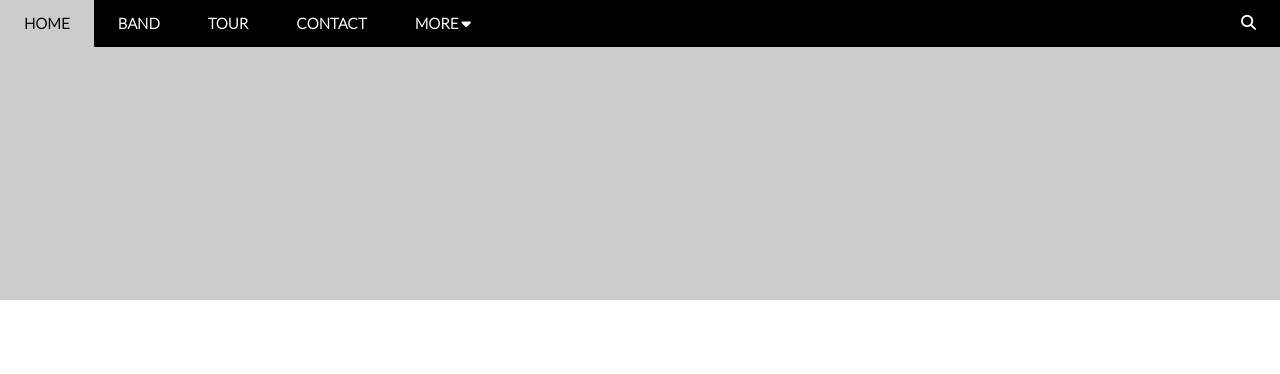
Repository: vanmanhAI/project-03-w3
Page: index.html
The author's editor kept a copy of each file at every save. The page is drawn from the files as they stood at one save, then again after the next save.
The browser window is 1280 px wide. The pictures show the whole page.
Some web libraries are served in a nearby version.

Above is the page before, as saved 2022-07-09 21:27:18.

### index.html
<html lang="en">
<head>
    <meta charset="UTF-8">
    <meta http-equiv="X-UA-Compatible" content="IE=edge">
    <meta name="viewport" content="width=device-width, initial-scale=1.0">
    <title>Document</title>
    <link rel="stylesheet" href="./assets/css/style.css">
    <!-- icons -->
    <link rel="stylesheet" href="https://cdnjs.cloudflare.com/ajax/libs/font-awesome/6.1.1/css/all.min.css" integrity="sha512-KfkfwYDsLkIlwQp6LFnl8zNdLGxu9YAA1QvwINks4PhcElQSvqcyVLLD9aMhXd13uQjoXtEKNosOWaZqXgel0g==" crossorigin="anonymous" referrerpolicy="no-referrer" />
    <!-- font -->
    <link rel="preconnect" href="https://fonts.googleapis.com">
<link rel="preconnect" href="https://fonts.gstatic.com" crossorigin>
<link href="https://fonts.googleapis.com/css2?family=Lato:wght@300&display=swap" rel="stylesheet">
</head>
<body>
    <div id="main">
        <div id="header">
            <ul id="nav">
                <li><a href="#">home</a></li>
                <li><a href="#">band</a></li>
                <li><a href="#">tour</a></li>
                <li><a href="#">contact</a></li>
                <li>
                    <a href="#">
                        more
                        <i class="fa-solid fa-caret-down subnav-caret"></i>
                    </a>
                    <ul class="subnav">
                        <li><a href="#">merchandise</a></li>
                        <li><a href="#">extras</a></li>
                        <li><a href="#">media</a></li>
                    </ul>
                </li>
            </ul>
            <i class="fa-solid fa-magnifying-glass header-search"></i>
        </div>

        <div id="slider"></div>

        <div id="content"></div>

        <div id="footer"></div>
    </div>
</body>
</html>

### assets/css/style.css
* {
    padding: 0;
    margin: 0;
    box-sizing: border-box;
}
html {
    font-size: 62.5%;
}
:root {
    --lineheight-nav: 2.25rem;
    --padding-nav: 1.2rem;
}
#main {

}
#header {
    position: fixed;
    top: 0;
    left: 0;
    right: 0;
    background: #000;
    font-size: 1.5rem;
    font-family: 'Lato', sans-serif;
    font-weight: bold;
    line-height: var(--lineheight-nav);
}
#header:after {
    content: "";
    display: block;
    clear: both;
}
#header .header-search {
    color: #fff;
    display: block;
    float: right;
    padding: var(--padding-nav) 2.4rem;
    line-height: var(--lineheight-nav);
    cursor: pointer;
}
#header .header-search:hover {
    background: #f44336
}
#header #nav>li {
    position: relative;
    text-align: center;
    cursor: pointer;
    float: left;
    padding: var(--padding-nav) 2.4rem;
}
#header #nav>li:last-child:hover .subnav {
    width: 16rem;
}
#header #nav li:hover {
    background: #ccc;
}
#header #nav>li:hover>a {
    color: #000;
}
#nav li {
    list-style-type: none;
    position: relative;
}
#nav li .subnav-caret {
    text-transform: none;
    text-align: center;
}
#nav li a {
    color: #fff;
    text-decoration: none;
    text-transform: uppercase;
}
#nav .subnav {
    position: absolute;
    width: 0;
    overflow: hidden;
    z-index: 1;
    top: 100%;
    left: 0;
    background: #fff;
    color: #000;
    box-shadow: 0 0 10px 0 #ccc;
    transition: width 0.3s linear;
}
#nav .subnav li {
    padding: 0.8rem 1.6rem;
    text-align: left;
    min-width: 16rem;
}
#nav .subnav li a {
    color: #000;
    text-transform: capitalize;
}
#slider {
    margin-top: calc(var(--lineheight-nav) + var(-padding-nav));
    height: 300px;
    background: #ccc
}
#content {

}
#footer {

}

After the next save:
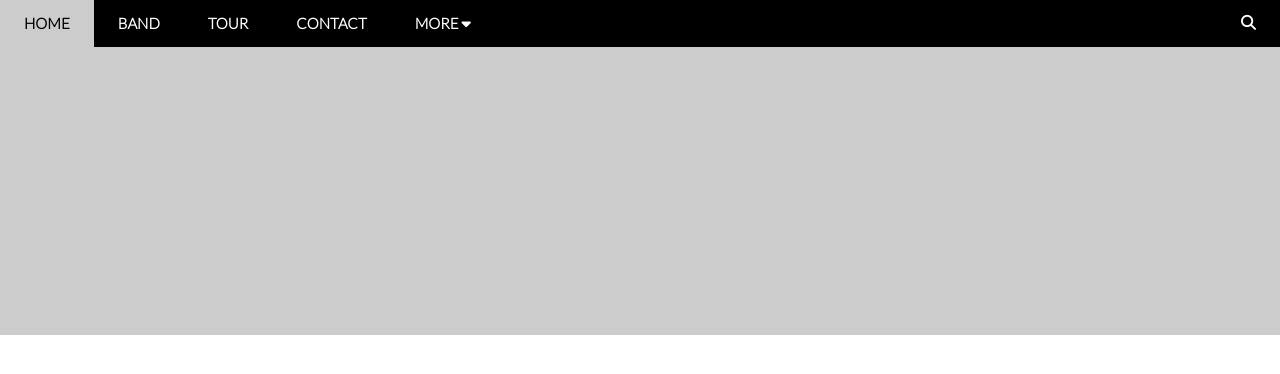
Saved 106 s later.
--- a/assets/css/style.css
+++ b/assets/css/style.css
@@ -91,7 +91,7 @@
     text-transform: capitalize;
 }
 #slider {
-    margin-top: calc(var(--lineheight-nav) + var(-padding-nav));
+    margin-top: calc(var(--lineheight-nav) + var( --padding-nav));
     height: 300px;
     background: #ccc
 }
